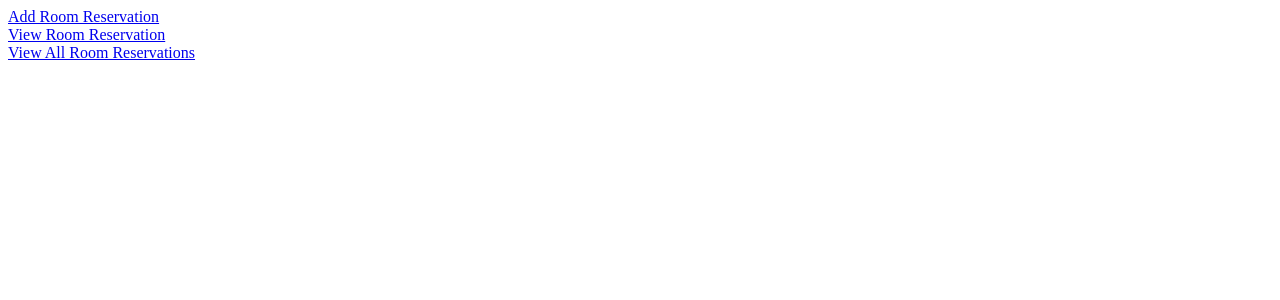
Repository: akaashbytes/Hotel-Room-Reservation-System
Page: HotelReservationSystem/src/main/webapp/menu.html
The author's editor kept a copy of each file at every save. The page is drawn from the files as they stood at one save, then again after the next save.
The browser window is 1280 px wide. The pictures show the whole page.

Above is the page before, as saved 2026-02-13 04:43:06.

After the next save:
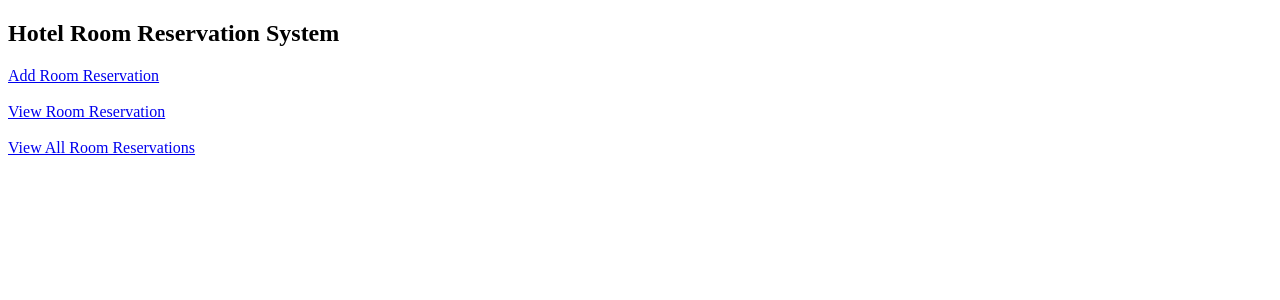
Saved 3 min 12 s later.
--- a/HotelReservationSystem/src/main/webapp/menu.html
+++ b/HotelReservationSystem/src/main/webapp/menu.html
@@ -1,3 +1,15 @@
-<a href="addRoomReservation.jsp">Add Room Reservation</a><br>
-<a href="viewRoomReservation.jsp">View Room Reservation</a><br>
+<!DOCTYPE html>
+<html>
+<head>
+    <title>Menu</title>
+</head>
+<body>
+
+<h2>Hotel Room Reservation System</h2>
+
+<a href="addRoomReservation.jsp">Add Room Reservation</a><br><br>
+<a href="viewRoomReservation.jsp">View Room Reservation</a><br><br>
 <a href="viewAllRoomReservations.jsp">View All Room Reservations</a>
+
+</body>
+</html>
